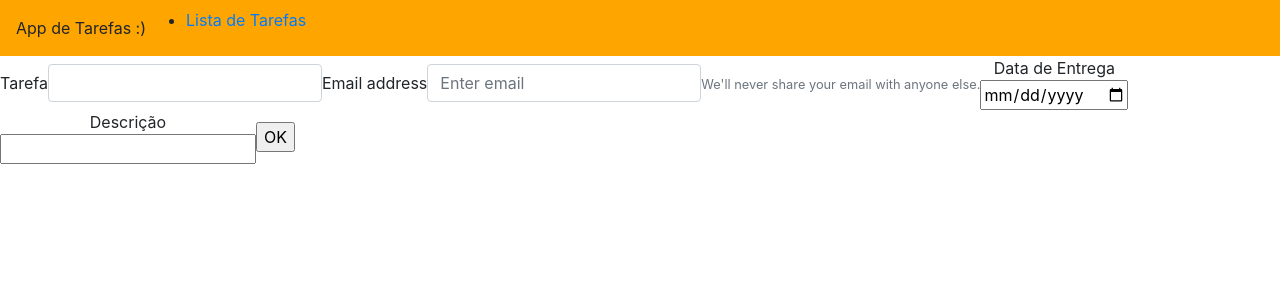
Repository: sophiaks/CRUD
Page: http://localhost/Projeto1/Views/adiciona.jsp
These files come from the project's save history. The page is drawn as it stood at one moment and after the next save; the edit follows.
The browser window is 1280 px wide. The pictures show the whole page.
The page is served by Tomcat 9. Nobody is signed in. The application's start-up code is not run.

Above is the page before, as saved 2020-09-23 19:11:17.

After the next save:
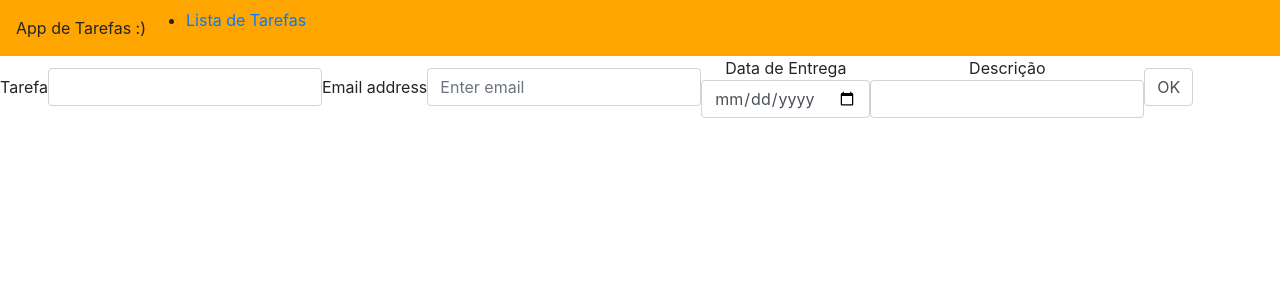
Saved 44 s later.
--- a/WorkspaceP1/Projeto1/WebContent/Views/adiciona.jsp
+++ b/WorkspaceP1/Projeto1/WebContent/Views/adiciona.jsp
@@ -36,21 +36,23 @@
 				<div class="form-group">
     <label for="exampleInputEmail1">Email address</label>
     <input type="email" class="form-control" id="exampleInputEmail1" aria-describedby="emailHelp" placeholder="Enter email">
-    <small id="emailHelp" class="form-text text-muted">We'll never share your email with anyone else.</small>
+
   </div>
 
 		<div>
 			<label for="nome">Data de Entrega</label>
-			<input type="date" name="entrega">
+			<input type="date" name="entrega" class="form-control">
 		</div>
 
 		<div>
 			<label for="descrica">Descrição</label>
-			<input type="text" name="descricao">
+			<input type="text" name="descricao" class="form-control">
 		</div>
 
+		<div>
+			<input type="submit" value="OK" class="form-control">
+		</div>
 
-			<input type="submit" value="OK">
 
 
 	</form>
